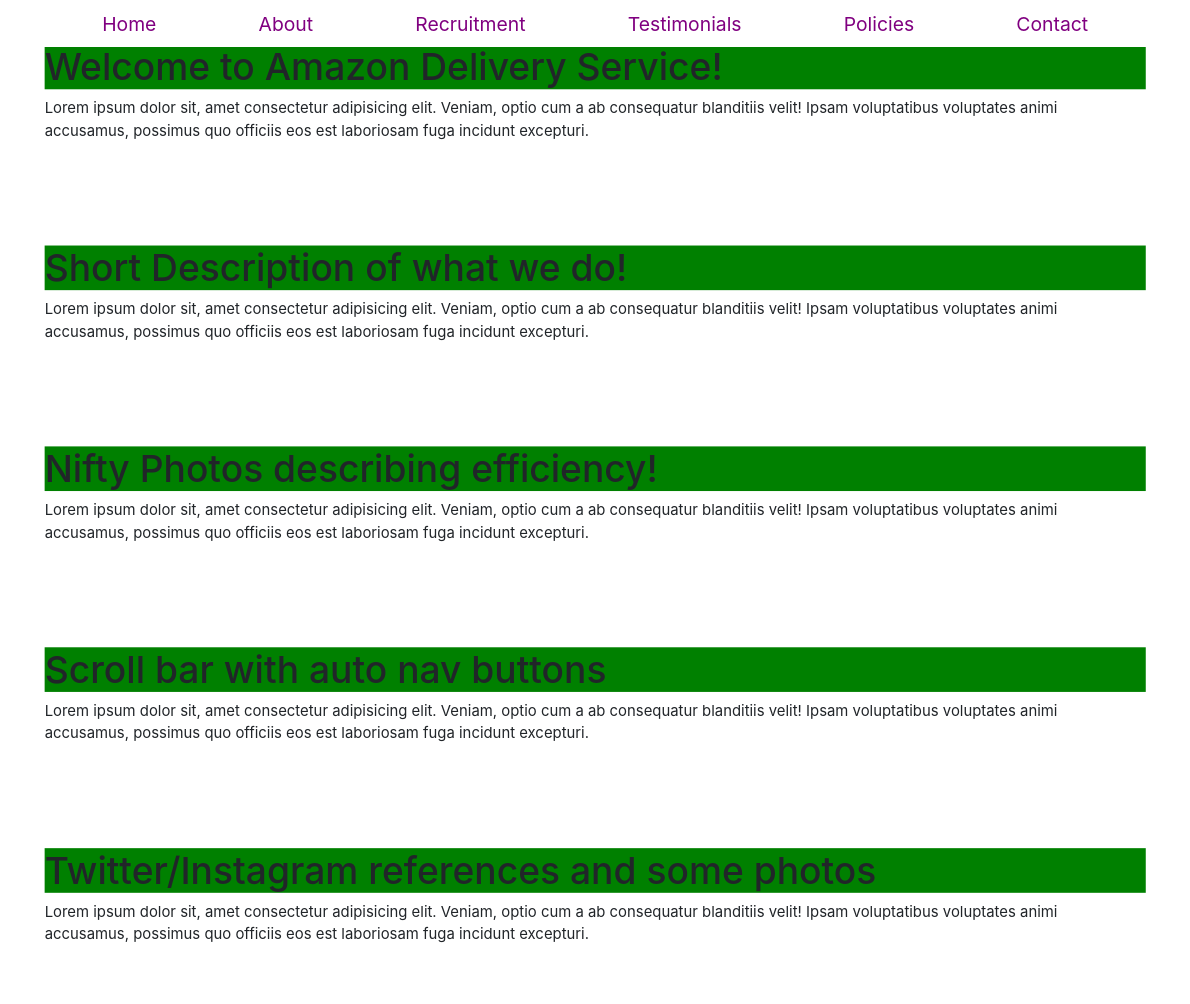
Repository: cerebrium/website
Page: /
An editor plug-in stored every save of this project. The page is shown before and after the next save, followed by the edit.
The browser window is 1280 px wide. The pictures show the whole page, at 93% of full size.
The project was rebuilt for these pictures with package versions that can differ from the ones it lists, and the page was loaded fresh each time. Also part of the build but not shown: src/Routes/About.jsx, src/Routes/Recruitment.jsx, src/Routes/Testimonials.jsx, src/Routes/Policies.jsx, src/Routes/Contact.jsx.

Above is the page before, as saved 2019-11-02 12:49:46.

After the next save:
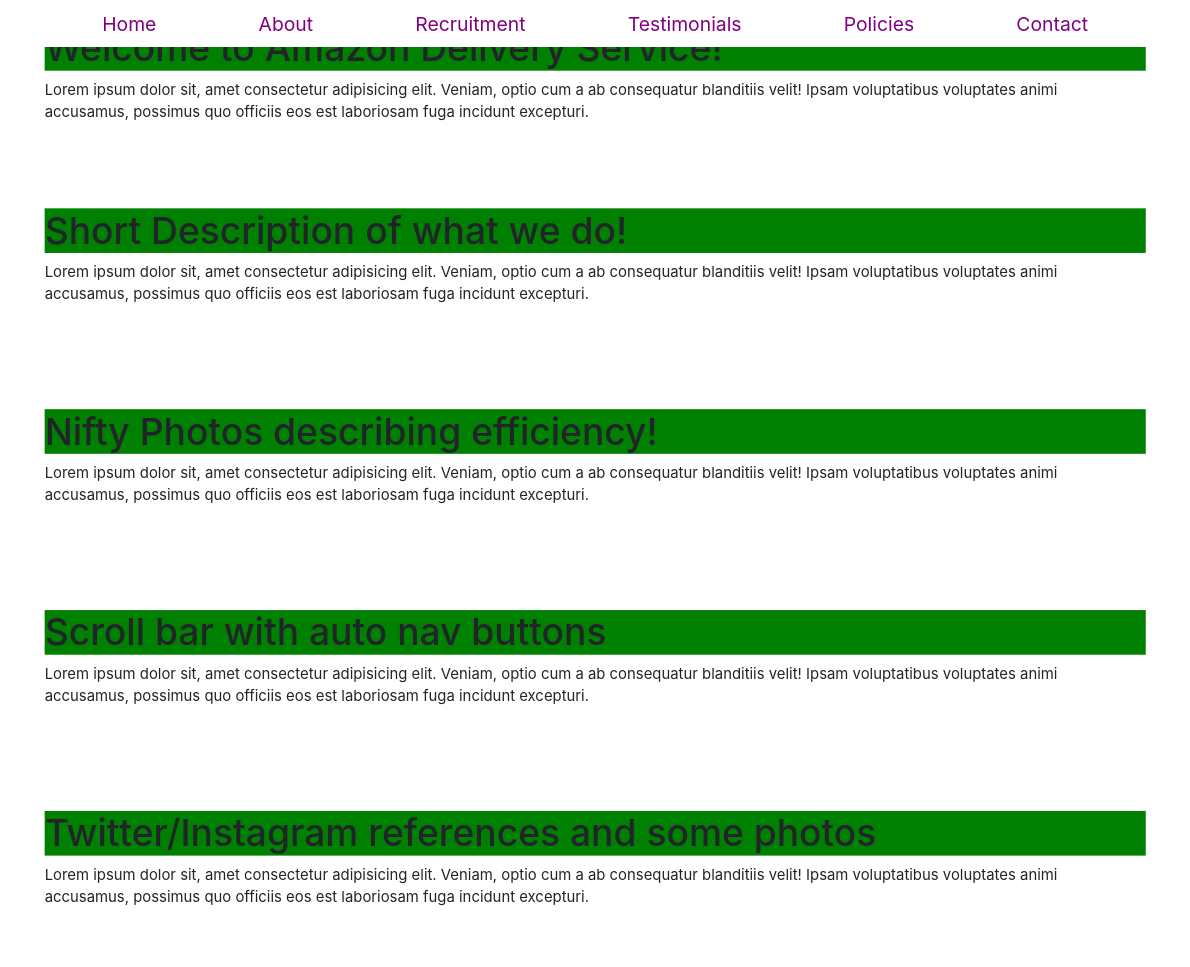
Saved 15 s later.
--- a/src/Routes/Home.jsx
+++ b/src/Routes/Home.jsx
@@ -6,7 +6,7 @@
         return (
             <div className='mainContainer'>
                 <div className='rowCentering'>
-                    <div className='contentCentering'>
+                    <div className='contentCentering pictureBackground'>
 
                         <div><h1>Welcome to Amazon Delivery Service!</h1></div>
                         <p>Lorem ipsum dolor sit, amet consectetur adipisicing elit. Veniam, optio cum a ab consequatur blanditiis velit! Ipsam voluptatibus voluptates animi accusamus, possimus quo officiis eos est laboriosam fuga incidunt excepturi.</p>
